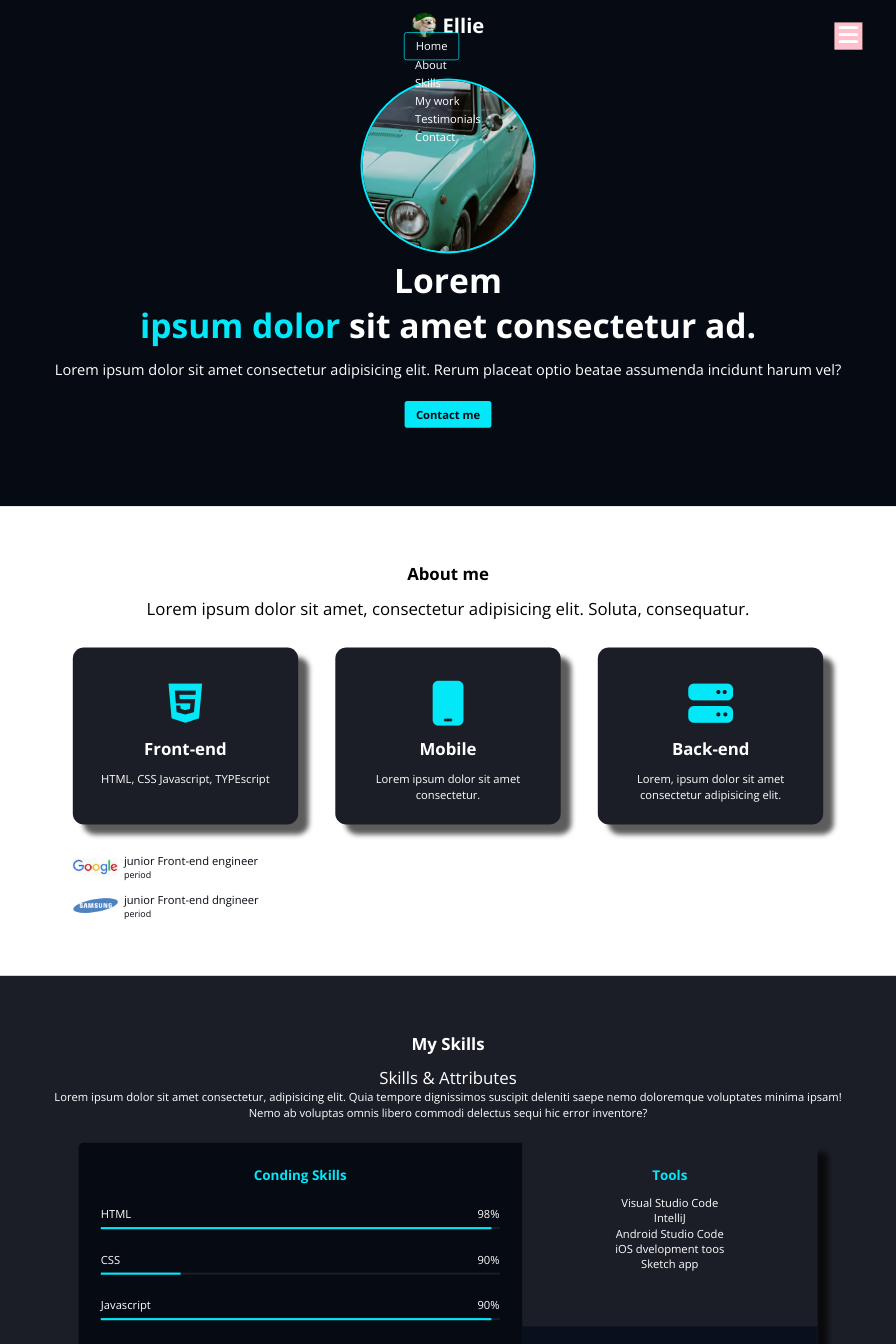
Repository: Arden-Sol/portfolio-website-clone-coding
Page: index.html
The author's editor kept a copy of each file at every save. The page is drawn from the files as they stood at one save, then again after the next save.
The browser window is 1280 px wide. The pictures show the part of the page from y = 0 to 1920 px (the page is 4153 px tall), at 70% of full size.
Some web libraries are served in a nearby version.

Above is the page before, as saved 2024-04-04 23:45:33.

After the next save:
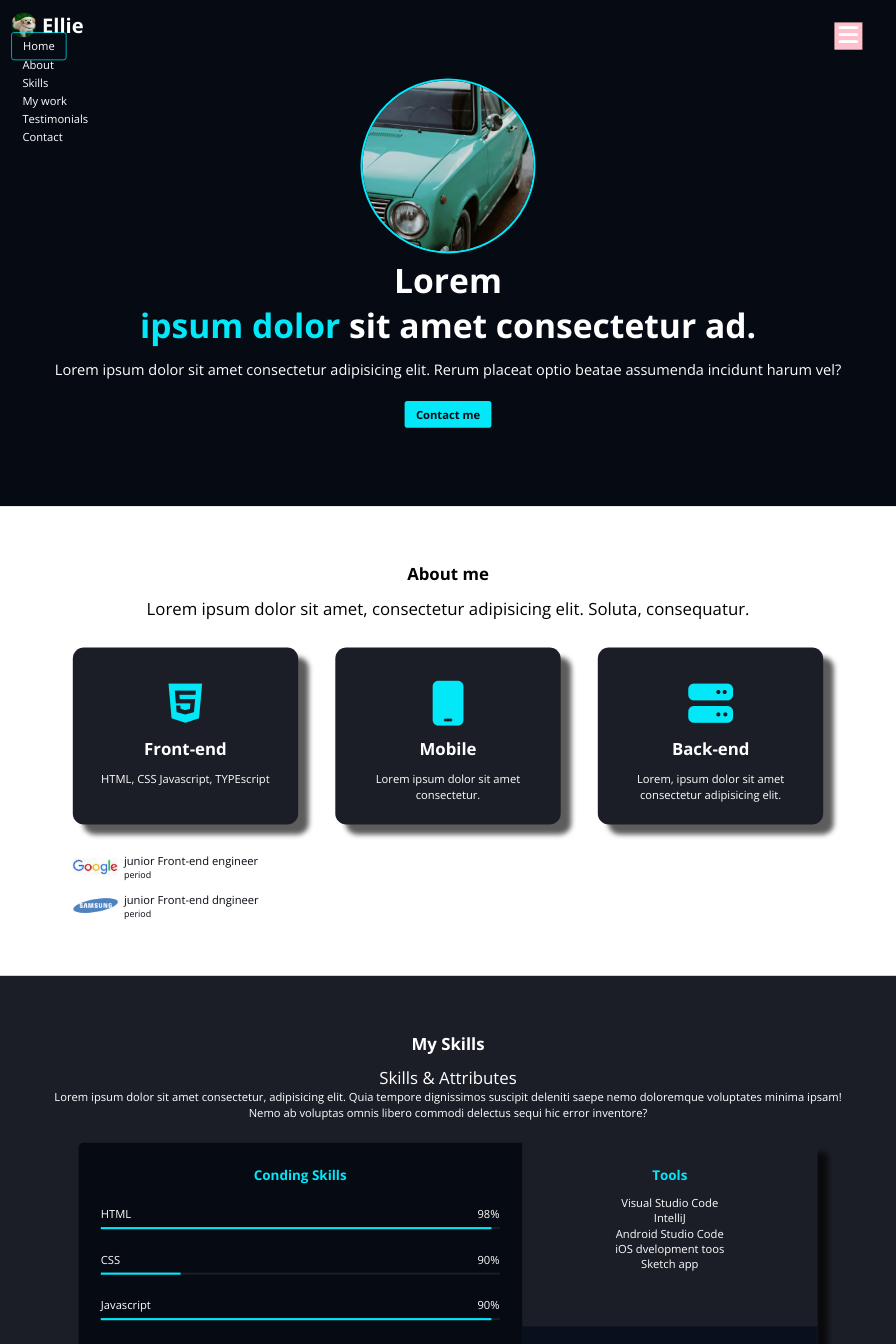
Saved 60 s later.
--- a/css/style.css
+++ b/css/style.css
@@ -126,6 +126,7 @@
 @media screen and (min-width: 768px) {
   .header{
     flex-direction: column;
+    align-items: flex-start;
   }
   .header__nav{
     /* display: none; */
@@ -133,7 +134,7 @@
   }
   .header__menu{
     flex-direction: column;
-    justify-content: flex-start;
+
   }
   .header__bars{
     display: block;
